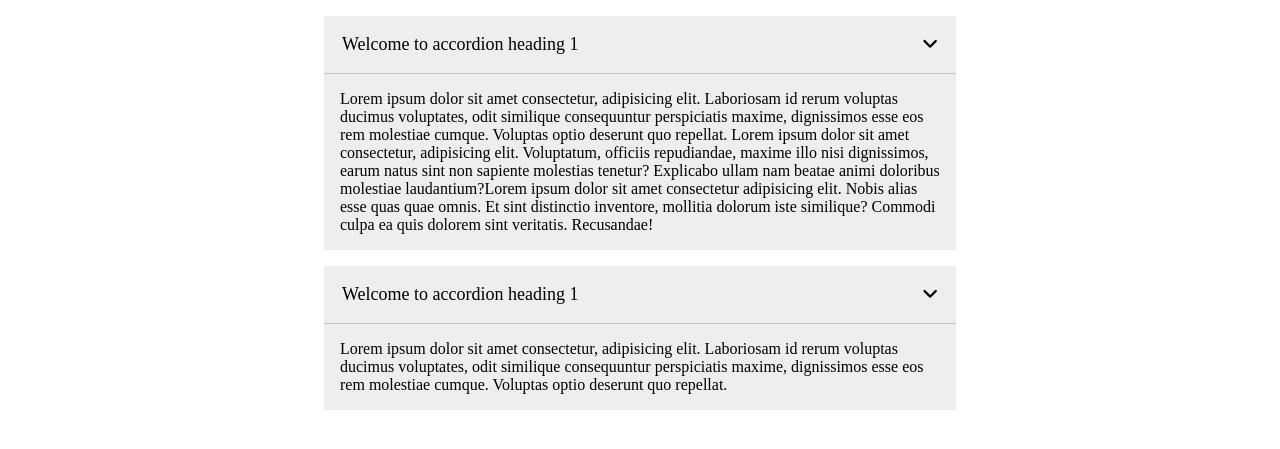
Repository: tungts3qb/Javascript
Page: accordion.html
An editor plug-in stored every save of this project. The page is shown before and after the next save, followed by the edit.
The browser window is 1280 px wide. The pictures show the whole page.

Above is the page before, as saved 2022-12-26 00:55:09.

### accordion.html
<!DOCTYPE html>
<html lang="en">
  <head>
    <meta charset="UTF-8" />
    <meta http-equiv="X-UA-Compatible" content="IE=edge" />
    <meta name="viewport" content="width=device-width, initial-scale=1.0" />
    <link
      rel="stylesheet"
      href="https://cdnjs.cloudflare.com/ajax/libs/font-awesome/6.2.1/css/all.min.css"
      integrity="sha512-MV7K8+y+gLIBoVD59lQIYicR65iaqukzvf/nwasF0nqhPay5w/9lJmVM2hMDcnK1OnMGCdVK+iQrJ7lzPJQd1w=="
      crossorigin="anonymous"
      referrerpolicy="no-referrer"
    />
    <link rel="stylesheet" href="style.css" />
    <title>Accordiion</title>
  </head>
  <body>
    <div class="accordion">
      <div class="accordion-header">
        <span>Welcome to accordion heading 1</span>
        <i class="fa fa-angle-down"></i>
      </div>
      <div class="accordion-content">
        <div class="accordion-content-inner">
          Lorem ipsum dolor sit amet consectetur, adipisicing elit. Laboriosam
          id rerum voluptas ducimus voluptates, odit similique consequuntur
          perspiciatis maxime, dignissimos esse eos rem molestiae cumque.
          Voluptas optio deserunt quo repellat. Lorem ipsum dolor sit amet
          consectetur, adipisicing elit. Voluptatum, officiis repudiandae,
          maxime illo nisi dignissimos, earum natus sint non sapiente molestias
          tenetur? Explicabo ullam nam beatae animi doloribus molestiae
          laudantium?Lorem ipsum dolor sit amet consectetur adipisicing elit.
          Nobis alias esse quas quae omnis. Et sint distinctio inventore,
          mollitia dolorum iste similique? Commodi culpa ea quis dolorem sint
          veritatis. Recusandae!
        </div>
      </div>
    </div>

    <div class="accordion">
      <div class="accordion-header">
        <span>Welcome to accordion heading 1</span>
        <i class="fa fa-angle-down"></i>
      </div>
      <div class="accordion-content">
        <div class="accordion-content-inner">
          Lorem ipsum dolor sit amet consectetur, adipisicing elit. Laboriosam
          id rerum voluptas ducimus voluptates, odit similique consequuntur
          perspiciatis maxime, dignissimos esse eos rem molestiae cumque.
          Voluptas optio deserunt quo repellat.
        </div>
      </div>
    </div>
    <script src="./accordion.js"></script>
  </body>
</html>

### style.css
.button {
  padding: 20px;
  color: white;
  background-color: #ffa400;
  border: 0;
  margin: 50px auto;
  display: block;
  width: 300px;
  font-family: "Poppins", sans-serif;
}

.change {
  display: block;
  padding: 15px 40px;
  border-radius: 10px;
  border: 0;
  color: white;
  font-family: "Poppins", sans-serif;
  margin: 50px auto;
  background-color: #3d6ef7;
}

.menu {
  width: 300px;
  position: fixed;
  top: 0;
  right: 0;
  bottom: 0;
  box-shadow: rgba(100, 100, 111, 0.2) 0px 7px 29px 0px;
  list-style: none;
  transform: translateX(100%);
  transition: transform 0.25s linear;
  margin-top: 0;
  margin-bottom: 0;
}

.menu.is-show {
  transform: translateX(0%);
}

.menu-link {
  display: block;
  padding: 20px 15px;
  color: #333;
  border-bottom: 1px solid #eee;
}

.header {
  padding: 20px;
  display: flex;
  align-items: center;
  justify-content: flex-end;
}

.menu-toggle {
  cursor: pointer;
  font-size: 30px;
  position: relative;
  z-index: 9999;
}

.menu-item a {
  text-decoration: none;
}

/* ============ Tab.html ============= */

.tab {
  padding: 2.5rem;
  border-radius: 1rem;
  background-color: white;
  display: inline-block;
  position: relative;
  left: 50%;
  transform: translateX(-50%);
  margin: 50px auto;
  box-shadow: rgba(100, 100, 111, 0.2) 0px 7px 29px 0px;
  width: 500px;
}

.tab-list {
  display: flex;
  justify-content: space-between;
  margin-bottom: 2.5rem;
}

.tab-item {
  cursor: pointer;
  padding: 1rem 2rem;
  border-radius: 5rem;
  color: #818e9b;
  background-color: #f4f5f7;
  text-align: center;
  white-space: nowrap;
  font-weight: 500;
  margin: 0 auto;
  flex: 1;
}

.tab-item.active {
  color: white;
  background-color: #2979ff;
  pointer-events: none;
}

.tab-item:not(:first-child) {
  margin-left: 1.5rem;
}

.tab-content {
  display: none;
}

.tab-content.active {
  display: block;
}

.post {
  display: flex;
  align-items: center;
}

.post:not(:first-child) {
  margin-bottom: 2rem;
}

.post-title {
  color: #4e4f51;
  font-weight: 300;
  line-height: 1.8;
  font-size: 14px;
}

.accordion {
  width: 50%;
  margin: 1rem auto;
  background-color: #eee;
}

.accordion-header {
  cursor: pointer;
  padding: 18px;
  font-size: 18px;
  display: flex;
  justify-content: space-between;
  border-bottom: 1px solid rgb(199, 196, 196);
}

.accordion-content {
  margin: 1rem;
  padding-bottom: 1rem;
}

Loaded but not shown: accordion.js (no copy from this time; the picture is the same without it)

After the next save:
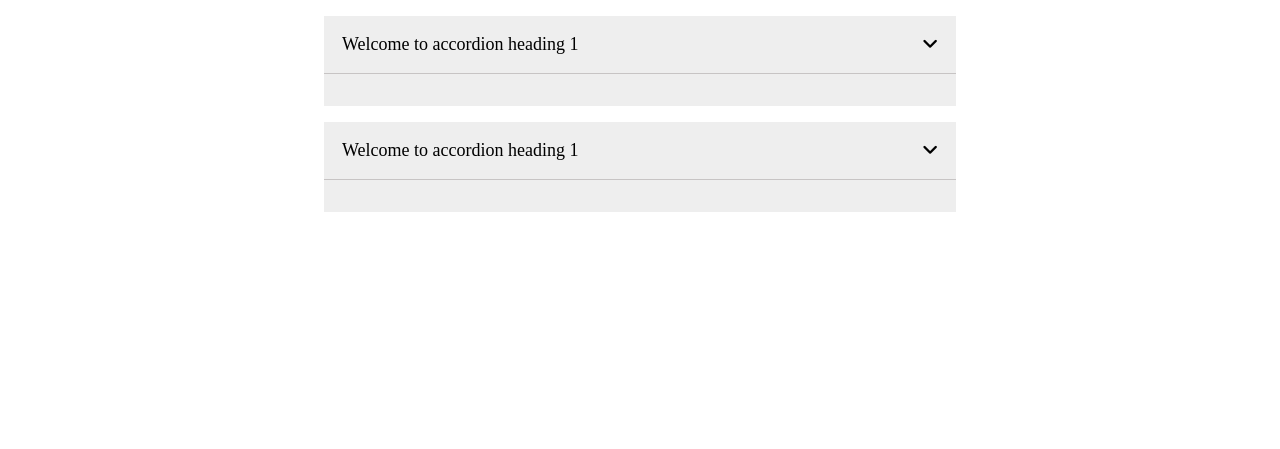
Saved 5 min 5 s later.
--- a/style.css
+++ b/style.css
@@ -150,3 +150,7 @@
   margin: 1rem;
   padding-bottom: 1rem;
 }
+
+.accordion-content-inner {
+  display: none;
+}
